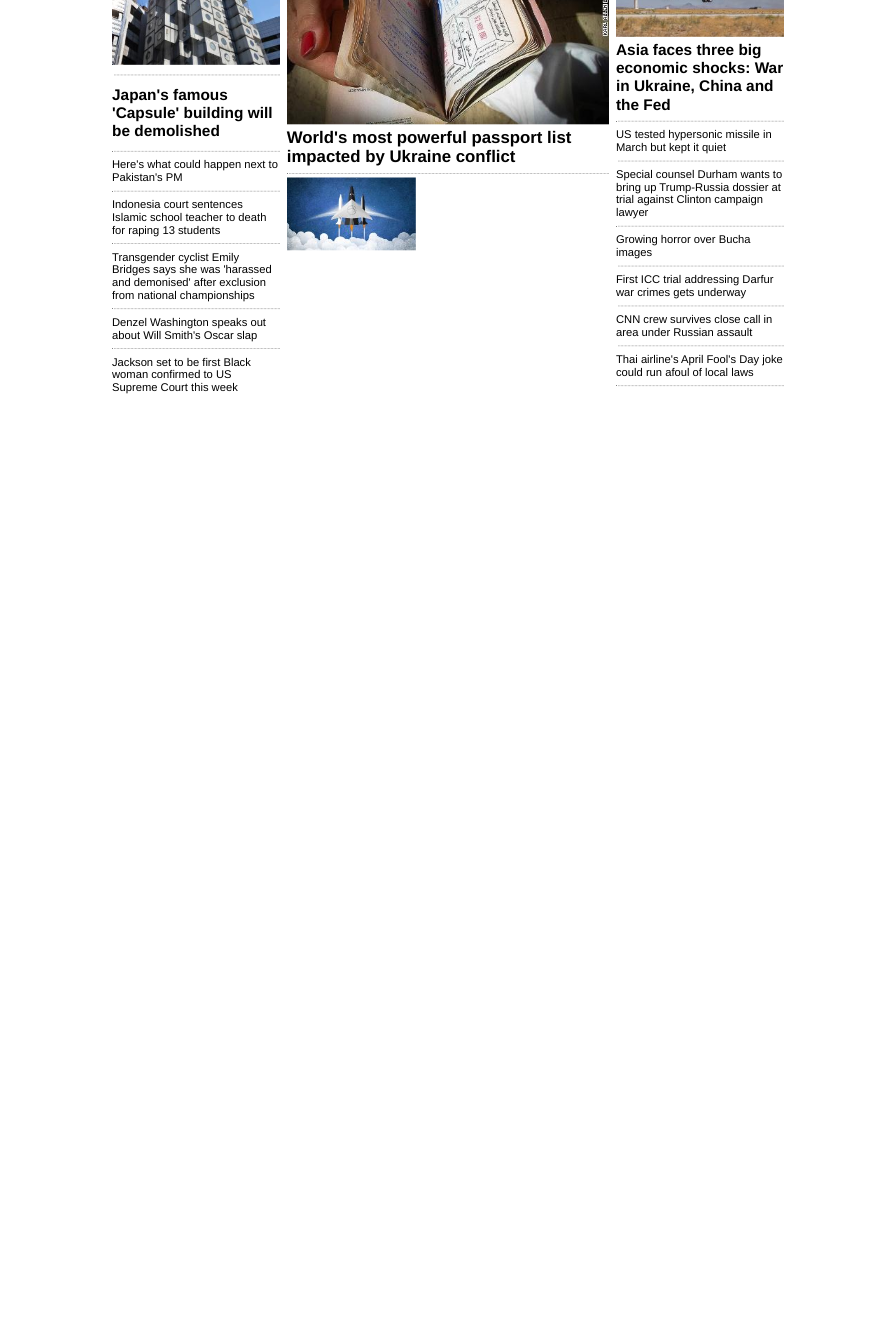
Repository: Vu14082002/WebTinTuc
Page: index.html
The author's editor kept a copy of each file at every save. The page is drawn from the files as they stood at one save, then again after the next save.
The browser window is 1280 px wide. The pictures show the part of the page from y = 1492 to 3392 px (the page is 11183 px tall), at 70% of full size.
A picture or video elsewhere on the page could not be fetched, so the positions and the page height are approximate. Some web libraries are served in a nearby version.

Above is the page before, as saved 2022-04-05 20:09:52.

After the next save:
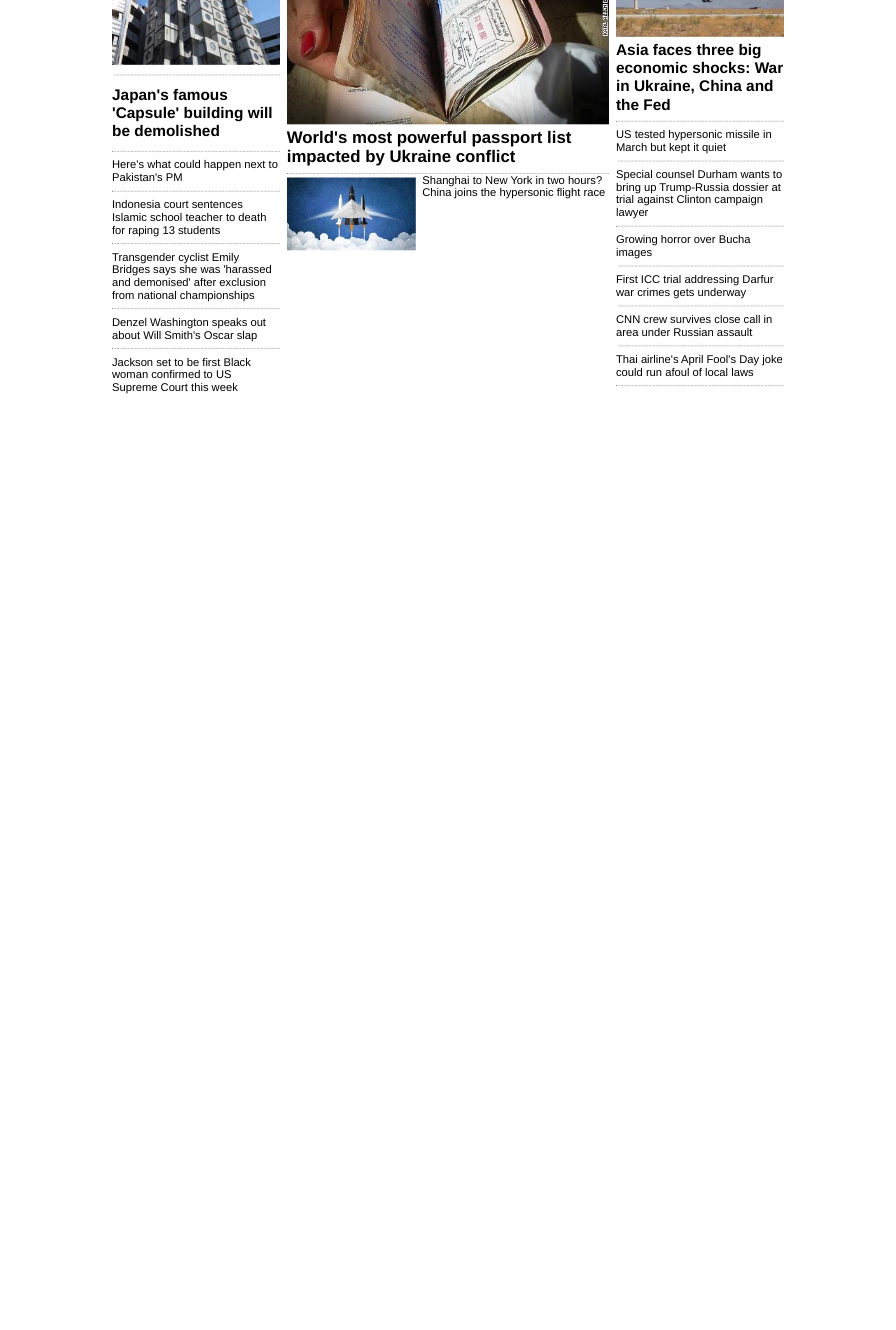
Saved 6 s later.
--- a/index.html
+++ b/index.html
@@ -335,7 +335,9 @@
                 <img src="/Image/index/hang2_trai.jpg" alt="">
               </div>
               <div class="hang1_phai">
-
+                <p>
+                  Shanghai to New York in two hours? China joins the hypersonic flight race
+                </p>
               </div>
             </div>
           </div>
